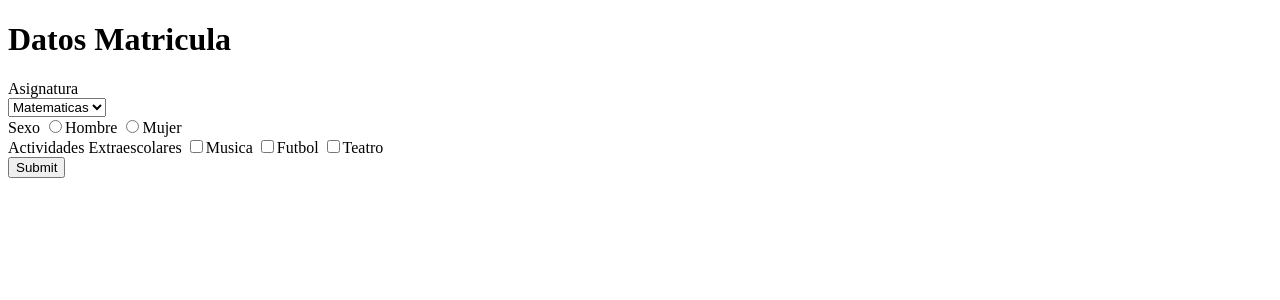
Repository: juvaga2000/eclipsetemp
Page: EjerciciosT1/src/main/webapp/ejer5.html
An editor plug-in stored every save of this project. The page is shown before and after the next save, followed by the edit.
The browser window is 1280 px wide. The pictures show the whole page.

Above is the page before, as saved 2022-10-05 10:01:24.

### EjerciciosT1/src/main/webapp/ejer5.html
<!DOCTYPE html>
<html lang="en">
<head>
</head>
<body>
    <h1>Datos Matricula</h1>
    Asignatura
    <form action="ejer5" method=post>
    <select name="asignatura" id="">
        <option value="Matematicas">Matematicas</option>
        <option value="Literatura">Literatura</option>
        <option value="Ingles">Inglés</option>
        <option value="Tecnologia">Tecnología</option>
    </select>
    <br>
    Sexo
    <input type="radio" name="sexo" value="hombre">Hombre
    <input type="radio" name="sexo" value="mujer">Mujer
    <br>
    Actividades Extraescolares
    <input type="checkbox" name="extraescolares" value="musica">Musica
    <input type="checkbox" name="extraescolares" value="futbol">Futbol
    <input type="checkbox" name="extraescolares" value="teatro">Teatro
    <br>
    <input type="submit">
    </form>
</body>
</html>

After the next save:
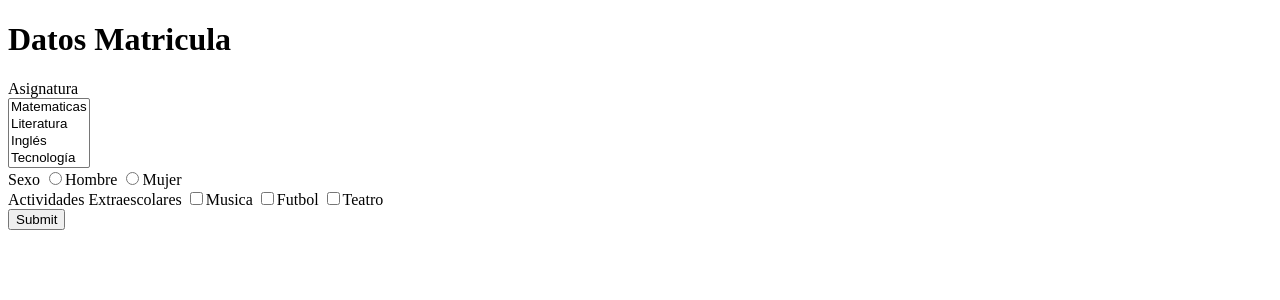
Saved 5 min 43 s later.
--- a/EjerciciosT1/src/main/webapp/ejer5.html
+++ b/EjerciciosT1/src/main/webapp/ejer5.html
@@ -6,7 +6,7 @@
     <h1>Datos Matricula</h1>
     Asignatura
     <form action="ejer5" method=post>
-    <select name="asignatura" id="">
+    <select name="asignatura" id="" multiple>
         <option value="Matematicas">Matematicas</option>
         <option value="Literatura">Literatura</option>
         <option value="Ingles">Inglés</option>
